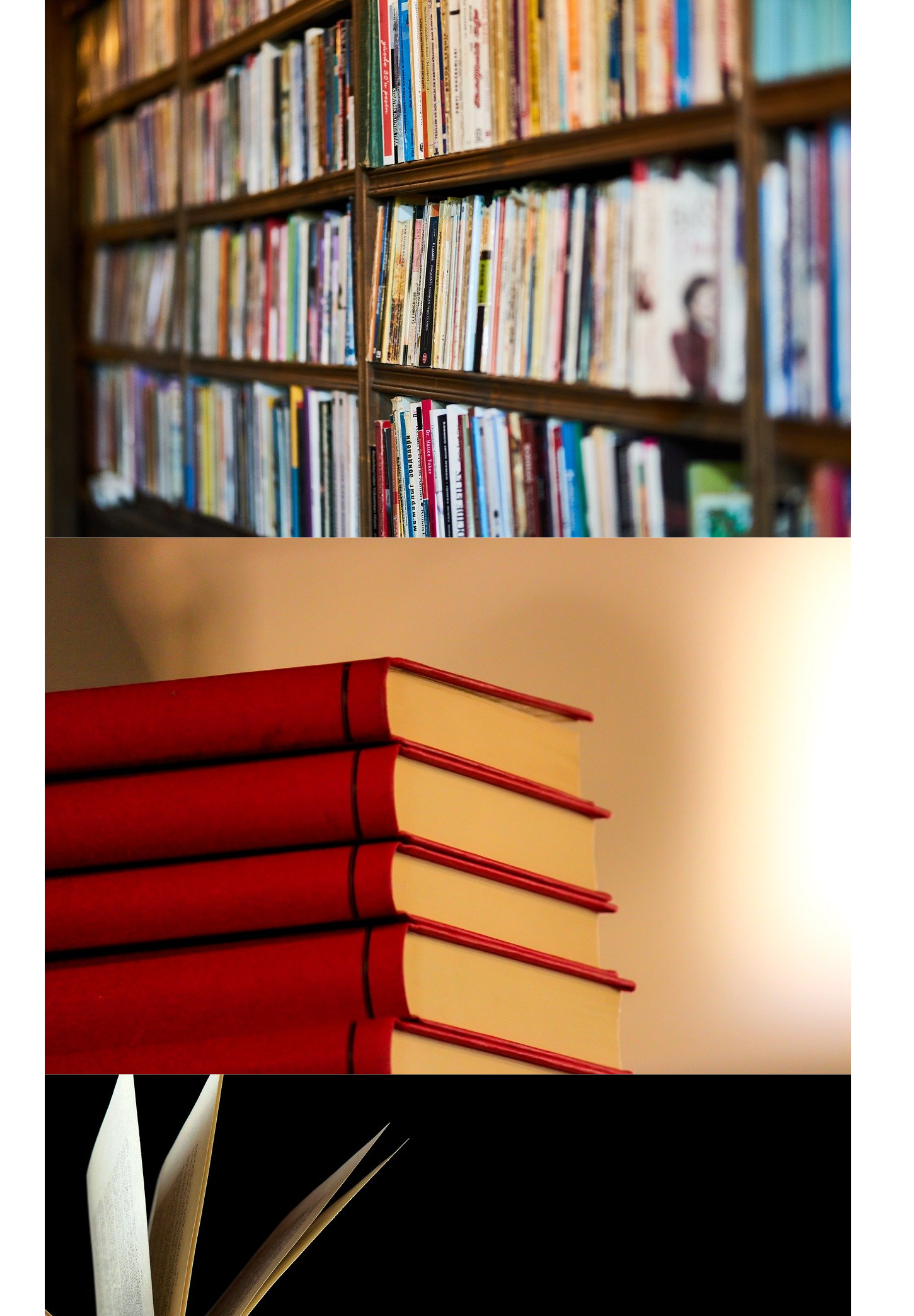
Repository: ppmp556/kakuubook
Page: index.html
An editor plug-in stored every save of this project. The page is shown before and after the next save, followed by the edit.
The browser window is 1280 px wide. The page is 1280 px wide, then 1305 px, so the pictures cover 1305 px, including what lies to the right of the window. The pictures show the part of the page from y = 0 to 1880 px (the page is 3345 px tall before and 3330 px after), at 70% of full size.
The style sheet was rebuilt from its Sass, Less or Tailwind sources for each picture, by a compiler version that may differ from the author's.

Above is the page before, as saved 2020-12-23 21:21:12.

### index.html
<!DOCTYPE html>
<html lang="ja">

<head>
  <meta charset="utf-8" />
  <meta http-equiv="X-UA-Compatible" content="IE=edge" />
  <meta name="viewport" content="width=device-width,initial-scale=1.0" />
  <title>架空本屋</title>
  <meta name="description" content="" />
  <!--PC：１２０文字以内 スマホ：70文字以内-->

  <!--ここからOGP-->
  <meta property="og:url" content=" ページの URL" />
  <meta property="og:type" content=" ページの種類" />

  <!--website /blog 下層→article-->
  <meta property="og:title" content=" ページの タイトル" />
  <meta property="og:description" content=" ページのディスクリプション" />
  <meta property="og:site_name" content="サイト名" />
  <meta property="og:image" content=" サムネイル画像の URL" />
  <!--//OGPここまで-->


  <!-- <link rel="stylesheet" href="https://tomap.co/ZP_reset.css" /> -->
  <!-- リセットcssどちらか -->
  <link rel="stylesheet" href="css/reset.css" />
  <link rel="stylesheet" href="css/style.css" />
  <link rel="stylesheet" href="https://use.fontawesome.com/releases/v5.15.1/css/all.css" integrity="sha384-vp86vTRFVJgpjF9jiIGPEEqYqlDwgyBgEF109VFjmqGmIY/Y4HV4d3Gp2irVfcrp" crossorigin="anonymous">

</head>

<body>
  <!-- モック -->
  <img src="" alt="" class="mock"/>

  <div class="container" id="mv_slide">

    <div class="top_mv_container">
      <div class="top_mv_imgbox">
        <img src="img/top/book-4475384_1280.jpg" alt="" class="mv_img">
        <img src="img/top/books-109524_1280.jpg" alt="" class="mv_img">
        <img src="img/top/literature-3330647_1280.jpg" alt="" class="mv_img">
      </div><!-- /.top_mv_imgbox -->
    </div>

  <!-- ヘッダー -->
    <header class="header" id="top">
      <h1 class="header_ttl">

        <a href="index.html">
          <img src="" alt="">架空書店【KAKUU-BOOKS】
        </a>

      </h1><!-- /.header_ttl -->

      <!-- ハンバーガーメニュー部分 -->
      <div class="nav_ham">
        <div class="nav_btn" id="js-nav_toggle">
          <span class="nav_line __tg1"></span>
          <span class="nav_line __tg2"></span>
          <span class="nav_line __tg3"></span>
        </div>
      </div><!-- ハンバーガーメニューここまで -->


      <!-- ナビ -->
      <nav class="nav" id="nav">
        <ul class="nav_list">
          <li class="nav_item">
            <a href="#" class="nav_link">text</a>
          </li>
          <!-- /.nav_item -->
          <li class="nav_item">
            <a href="#" class="nav_link">当店のサービス</a>
          </li>
          <!-- /.nav_item -->
          <li class="nav_item">
            <a href="#" class="nav_link">アクセス</a>
          </li>
          <!-- /.nav_item -->
          <li class="nav_item">
            <a href="#" class="nav_link">お問い合わせ</a>
          </li>
          <!-- /.nav_item -->
        </ul>
      </nav>
      <!-- /.nav -->
    </header>
    <p class="mv_copy">

    </ｐ><!-- /.mv_copy -->


    <!-- メインコンテンツ -->
    <main class="main_container">

      <!-- about sectionここから -->
      <section class="top_about" id="about">
        <h2 class="section_ttl">テキストテキスト</h2>
        <div class="section_inner">
          <div class="top_about_flex">
            <div class="top_about_imgbox">
              <img src="" alt="">
            </div><!-- /.top_about_imgbox -->
            <div class="top_about_txtbox">
              <p class="top_about_txt">Lorem ipsum dolor sit amet consectetur adipisicing elit. Recusandae itaque sint maxime perspiciatis non voluptate minus impedit iste, asperiores cumque cum. Est neque, non temporibus omnis voluptates repellendus qui nihil!</p><!-- /.about_txt -->
            </div><!-- /.top_about_txtbox -->
          </div><!-- /.top_about_flex -->
        </div>
      </section>
      <!-- about sectionここまで -->

      <!-- service sectionここから -->
      <section class="top_service" id="service">
        <h2 class="section_ttl">サービス</h2>
        <div class="section_inner">

          <div class="top_service_box">
            <div class="top_service_imgbox">
              <img src="" alt="">
            </div><!-- /.top_service_imgbox -->
            <h3 class="top_service_ttl">
              古本買取
            </h3><!-- /.service_ttl -->
            <p class="top_service_txt">
              Lorem ipsum dolor, sit amet consectetur adipisicing elit. Quibusdam corporis tenetur omnis deserunt blanditiis cupiditate aspernatur iure eum. Doloremque reprehenderit quos, soluta ex enim exercitationem deleniti et sint eos odio.
            </p><!-- /.top_service_txt -->
          </div><!-- /.top_service_box -->


        </div><!-- /.section_inner -->
      </section><!-- /.top_service -->
      <!-- service sectionここまで -->

      <div class="top_intro">
        <p class="top_intro_txt">テキストテキスト</p><!-- /.top_intro_txt -->
      </div><!-- /.top_intro -->

      <!-- access sectionここから -->
      <section class="top_access">
        <div class="section_inner">
          <div class="section_ttl">アクセス</div><!-- /.section_ttl -->
          <div class="top_access_flex">
            <div class="top_access_img" data-aos="fade-up"></div><!-- /.access_img -->
            <div class="top_access_box">
              <p class="top_access_txt" data-aos="fade-up" data-aos-duration="1700">
                住所<br>
                〒000-0000<br>
                福島県XXXXXXXXXXXXXX<br>
                TEL/FAX<br>
                000-0000-0000/00-0000-0000<br>
                営業時間<br>
                8:00-21:00
              </p><!-- /.top_access_txt -->
            </div><!-- /.top_access_box -->
          </div><!-- /.top_access_flex -->
          <div class="top_access_flex flex_center" data-aos="fade-up" data-aos-duration="1700">
            <iframe src="https://www.google.com/maps/embed?pb=!1m18!1m12!1m3!1d170230.93989411104!2d140.26448167519968!3d37.552174217387886!2m3!1f0!2f0!3f0!3m2!1i1024!2i768!4f13.1!3m3!1m2!1s0x602004816ddcd52f%3A0x341fa6c1d0d6465c!2z56aP5bO255yM!5e0!3m2!1sja!2sjp!4v1608725613452!5m2!1sja!2sjp" width="600" height="450" frameborder="0" style="border:0;" allowfullscreen="" aria-hidden="false" tabindex="0"></iframe>

          </div><!-- /.top_accessflex -->
        </div><!-- /.inner -->



      </section><!-- /.top_access -->

    </main>

    <!-- フッター -->
    <footer class="footer">
      <nav class="footer_nav" id="nav">
        <ul class="footer_nav_list">
          <li class="footer_nav_item">
            <a href="#" class="nav_link">text</a>
          </li>
          <!-- /.footer_nav_item -->
          <li class="footer_nav_item">
            <a href="#" class="nav_link">当店のサービス</a>
          </li>
          <!-- /.footer_nav_item -->
          <li class="footer_nav_item">
            <a href="#" class="nav_link">アクセス</a>
          </li>
          <!-- /.footer_nav_item -->
          <li class="footer_nav_item">
            <a href="#" class="nav_link">お問い合わせ</a>
          </li>
          <!-- /.footer_nav_item -->
        </ul>
      </nav>
      <!-- /.footer_nav -->


      <small class="footer_txt">&copy;KAKUU BOOKS2021</small>
    </footer>

  </div><!-- /.container -->

  <script src="https://ajax.googleapis.com/ajax/libs/jquery/3.5.1/jquery.min.js"></script>
  <script src="js/main.js"></script>
</body>

</html>

### css/reset.css
/*
html5doctor.com Reset Stylesheet
v1.6.1
Last Updated: 2010-09-17
Author: Richard Clark - http://richclarkdesign.com
Twitter: @rich_clark
*/

html,
body,
div,
span,
object,
iframe,
h1,
h2,
h3,
h4,
h5,
h6,
p,
blockquote,
pre,
abbr,
address,
cite,
code,
del,
dfn,
em,
img,
ins,
kbd,
q,
samp,
small,
strong,
sub,
sup,
var,
b,
i,
dl,
dt,
dd,
ol,
ul,
li,
fieldset,
form,
label,
legend,
table,
caption,
tbody,
tfoot,
thead,
tr,
th,
td,
article,
aside,
canvas,
details,
figcaption,
figure,
footer,
header,
hgroup,
menu,
nav,
section,
summary,
time,
mark,
audio,
video {
    margin: 0;
    padding: 0;
    border: 0;
    outline: 0;
    font-size: 100%;
    vertical-align: baseline;
    background: transparent;
}

body {
    line-height: 1.5;
}

article,
aside,
details,
figcaption,
figure,
footer,
header,
hgroup,
menu,
nav,
section {
    display: block;
}

nav ul {
    list-style: none;
}

table {
    border-collapse: collapse;
    border-spacing: 0;
}


a {
    color: inherit;
    text-decoration: none;
}


img {
    width: 100%;

    /*画像がはみでるのを防ぐ　max-width*/
    max-width: 100%;
    height: auto;

    vertical-align: bottom;
}

/* h1,h2,h3,h4,h5,h6 { */
/* font-weight: bold; */
/* } */

### js/main.js
"use strict";

$(() => {

    // 実装しないものは適宜追加、削除

     // ハンバーガーメニュー
    $('#js-nav_toggle').click(() => {
        $('.nav_line').toggleClass('clicked');
        $('.nav_ham').toggleClass('clicked');
        $('.nav_list').toggleClass('clicked');
    });

    //スムーズスクロール

    // #で始まるリンクをクリックしたら実行
    $('a[href^="#"]').click(function() {
         // スクロールの速度
        let speed = 800; // ミリ秒
        let href = $(this).attr("href");
        let target = $(href == "#" || href == "" ? 'html' : href);
        let position = target.offset().top;
        $('body,html').animate({scrollTop:position}, speed, 'swing');
        return false;
    });



    // スライドショー
    let nowPage = 0;
    let nextPage = 1;

    const slides = $("#js-mv_slide").find("img");
    const slideLength = slides.length;

    const fadeTime = 1500;
    const showTime = 3000;

    slides.hide();
    slides.eq(0).show();

    const slidesshow = () => {

        slides.eq(nowPage % slideLength).fadeOut(fadeTime).removeClass("zoom");
        slides.eq(nextPage % slideLength).fadeIn(fadeTime).addClass("zoom");

        nowPage++;
        nextPage++;
    }

    setInterval(slidesshow, showTime);


    // header固定
    // 1画面分以上スクロールしたら、ヘッダーを固定する

    let headerFix = $("header");

    $(window).scroll(function (){
        if ($(window).scrollTop() > $(window).height()) {
            headerFix.addClass("fix");
        } else {
            headerFix.removeClass("fix");

        }
    });


});

### scss/style.scss
@charset 'utf-8';

/****************************************:

スタイル読み込み

*****************************************:*/

@import "config"; // 変数定義用
@import "mixin"; // mixin用
@import "base"; //ベーススタイル用
@import "module"; //サイト共通パーツ
@import "content"; //サイトコンテンツスタイル用

### scss/_config.scss
// サイト共通で必要になる設定値
// 変数定義用


/**********

変数管理

**********/

//color
$cWhite: #ffffff;
$cBlack: #333;
$cBgColor: #fffff6;



//font-family
//-->ヒラギノver.
$fontMain: "ヒラギノ角ゴ Pro W3", "Hiragino Kaku Gothic Pro", "メイリオ",
  Meiryo, "ＭＳ Ｐゴシック", "MS PGothic", sans-serif;



// アニメーション
$anime_nomal: all 0.2s ease-in-out;


// SNSのメインカラー用
$color_facebook: #3b5998;
$color_twitter: #55acee;
$color_line: #00b900;
$color_pocket: #ef4156;


$hover_opacity: 0.7;
/*************

レスポンシブ

**************/


//ブレイクポイント
$widthPc: 1024px;
$widthTab: 764px;
$widthSP: 480px;

### scss/_mixin.scss
// mixin


/*************

メディアクエリ定義

**************/


//@mediaのフォーマット
//モバイルファースト　➡　min-widthから SPのmixinいらない
//PCファースト　➡　max-widthから PCのmixinいらない


//使わないほうは削除

// 必要に応じて、調整用mixiをいれる



/********* モバイルファーストmixin*********************/

//PC(モバイルファースト)
@mixin pc {
    @media screen and (min-width: $widthPc) {
        @content;
    }
}

//タブレット（モバイルファースト）
@mixin tab {
    @media screen and (min-width: $widthTab) and (max-width: $widthPc) {
        @content;
    }
}





/*************

font-size定義

**************/
//$sizeにpx表示を入れて使う

@mixin rem($size) {
    font-size: $size + px; /*IE9以前に対応する*/
    font-size: ($size / 16) + rem;
}


/*************

flex定義

**************/


@mixin flex($justify: space-between, $wrap: nowrap) {
    display: flex;
    justify-content: $justify;
    flex-wrap: $wrap;
}

/*************

その他mixin集

**************/


// 親要素に対して中央寄せ
// 使用時は親要素にpostion:retative
//x:横方向、y:縦方向, xy:縦横方向中央寄せ

@mixin center($direction) {
	position: absolute;
	@if $direction==xy {
		top: 50%;
		left: 50%;
		transform: translate(-50%, -50%);
	}
	@else if $direction==x {
		left: 50%;
		transform: translateX(-50%);
	}
	@else if $direction==y {
		top: 50%;
		transform: translateY(-50%);
	}
}

// absolute
@mixin absolute($top:null, $right:null, $bottom:null, $left:null){
    position: absolute;
    @if $top != null{
        top: $top;
    }
    @if $right != null{
        right: $right;
    }
    @if $bottom != null{
        bottom: $bottom;
    }
    @if $left != null{
        left: $left;
    }
}


// hover
//引数にfalse指定で、新たに記述したスタイルのみ適用
@mixin hover($flag: true){
    @include min-screen(900px){
        transition: .2s;
        &:hover{
            transition: .3s;
            @if $flag == true{
                opacity: .5;
            }
                @content
            }
    }
}

@mixin hoverall($focus:null,$opacity:null) {

    transition: $anime_nomal;

    @if $focus == none {
        // focusが不要な場合
        @if $opacity == none{
            // focusと不透明度が不要な場合
            &:hover,&:active{
                opacity: $hover_opacity;
                @content;
            }
        } @else{
            // focus のみ不要な場合
            &:hover,&:active{
                opacity: $hover_opacity;
                @content;
            }
        }
    } @else if $opacity == none{
        // 不透明度のみ不要な場合
        &:hover,&:active,&:focus{
            @content;
        }
    } @else {
        &:hover,&:active,&:focus{
            opacity: $hover_opacity;
            @content;
        }
    } // @else
} // @mixin

### scss/_base.scss
// ベーススタイル用



body {

    @include rem(10);


    margin: 0 auto;
    letter-spacing: .5em;
    font-family: $fontMain;
    color: $cBlack;

}


* {
    box-sizing: border-box;
}

*:focus {
    outline: none;
}

// スマホでタッチしたとき、青い表示がでないようにする
a {
    -webkit-tap-highlight-color:rgba(0,0,0,0);
    cursor:pointer;
}


// bodyにoverallクラスつけたら使用
.overall {
    font-family: "Yu Gothic", YuGothic, "Hiragino Kaku Gothic Pro", "YuGothic",
        "Meiryo", verdana, "Osaka", "MS PGothic", Sans-Serif, "Yu Mincho",
        YuMincho, "MS P Mincho", serif;

    background-color: $cBgColor;
}

.container {
    width: 90%;
    margin: 0 auto;
    overflow: hidden;
}

/*************

モック画像
終わったら削除

**************/


.mock {
    /* モック画像 */
    position: absolute;
    top: 0;
    left: 0;
    right: 0;
    margin: 0 auto;
    width: 375px;
    opacity: 0.3;

    /* 反転 */
    filter: hue-rotate(180deg);

    /* テキストを掴まないように */
    pointer-events: none;

    z-index: 999;
}




// コンテンツ幅
.inner {
    margin: 0 15px;
}



//共通タイトル
.section_ttl {
    @include rem(36);
    display: block;
    text-align: center;
}


//セクションの共通inner
.section_inner {
    margin: 0 auto;
    padding: 0 20px;

}

### scss/_module.scss
// サイト共通で使用するパーツ


/****************************************:

nav

*****************************************:*/

.nav {
    position: relative;


    &_list {
        position: absolute;
        right: -1000px;
        display: flex;
        flex-direction: column;

        &.clicked {
            right: -5vw;
            transition: .6s;
        }


    }



    // ハンバーガーメニュー
    &_ham {
        cursor: pointer;
        position: absolute;
        top: 50%;
        right: 0;
        transform: translateY(-50%);
        width: 25px;
        height: 25px;
        z-index: 100;


        &.clicked {
            right: 40px;
        }
    }

    &_hamspan {
        font-size: 1.1rem;
        position: absolute;
        top: -20px;
        left: -25px;
    }

    &_line {
        position: absolute;
        width: 100%;
        height: 2px;
        background-color: $cWhite;

        &:nth-child(1) {
            top: 0px;


        }

        &:nth-child(2) {
            top: 8px;
        }

        &:nth-child(3) {
            top: 16px;
        }

        &.clicked:nth-child(1) {
            transform: translateY(12px) rotate(-315deg);
            transition: .5s;

        }
        &.clicked:nth-child(2) {
            left: 0;
            transition: .9s;
            opacity: 0;

        }


        &.clicked:nth-child(3) {
            transform: translateY(-4px) rotate(315deg);
            transition: .5s;

        }




    }

    &_item {
        text-align: center;
        margin-top: 50px;
        font-size: 2.5rem;
        line-height: 3;
        padding-right: 30px;
    }

    &_link {
        position: relative;
        display: block;
        letter-spacing: .2em;
        transition: .3s;



         //ナビホバー時の下線
        &::after {
            position: absolute;
            bottom: -5px;
            left: 0;
            content: '';
            width: 100%;
            height: 2px;
            transform: scale(0, 1);
            transform-origin: center;
            transition: transform .7s;
            background: $cWhite;
        }

        &:hover::after {
            transform: scale(1, 1);
        }

        &:hover {
            color: $cWhite;
            letter-spacing: .5em;
            transition: .5s;
        }
    }

}

### scss/_content.scss
// サイトコンテンツスタイル用


/****************************************:

header

*****************************************:*/
.header {
    padding: 0 20px;
    background-color: red;
}





/****************************************:

fv

*****************************************:*/







/****************************************:

section

*****************************************:*/








/****************************************:

footer

*****************************************:*/

After the next save:
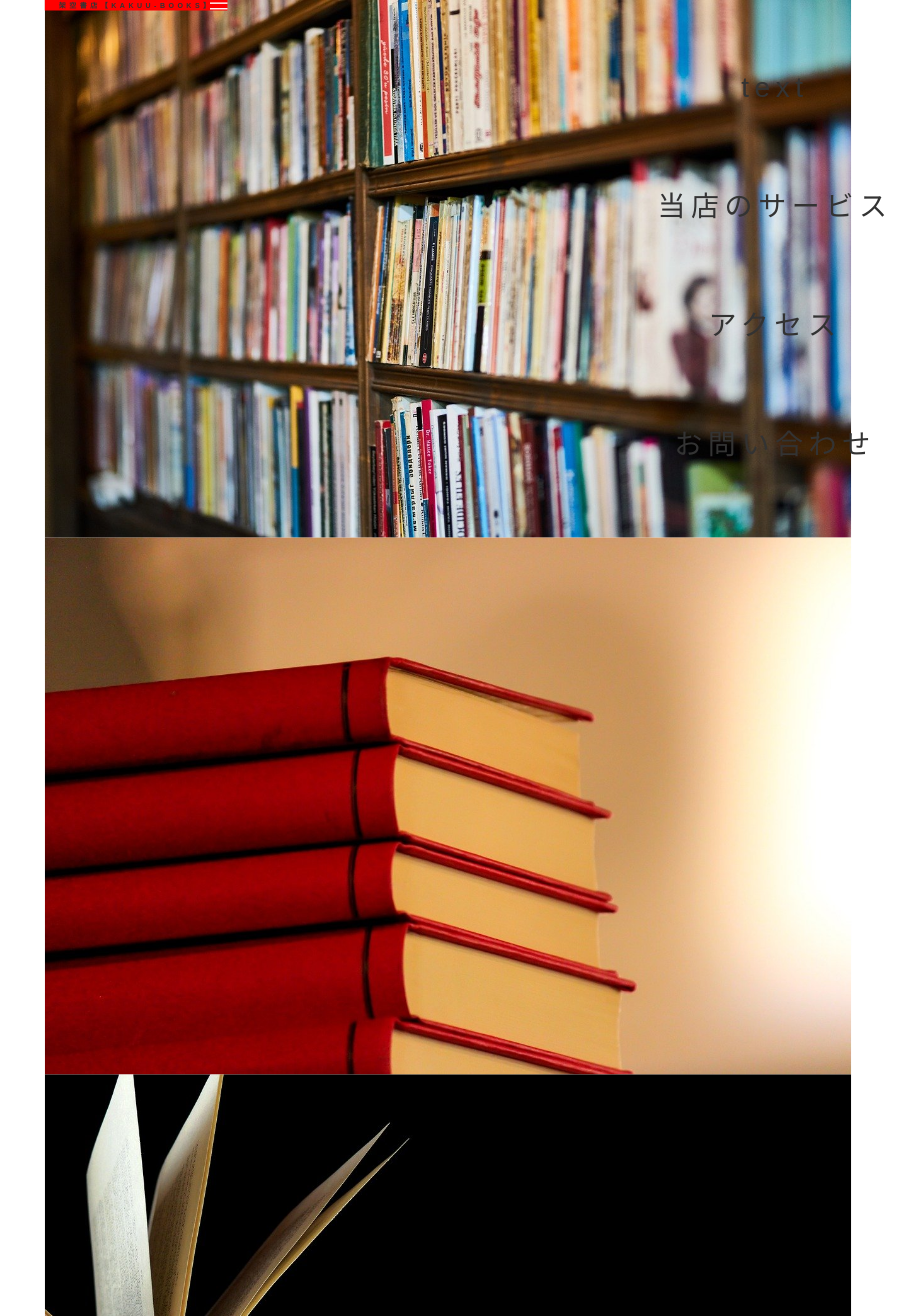
Saved 25 s later.
--- a/scss/_content.scss
+++ b/scss/_content.scss
@@ -9,6 +9,8 @@ header
 .header {
     padding: 0 20px;
     background-color: red;
+    position: absolute;
+    top: 0;
 }
 
 
